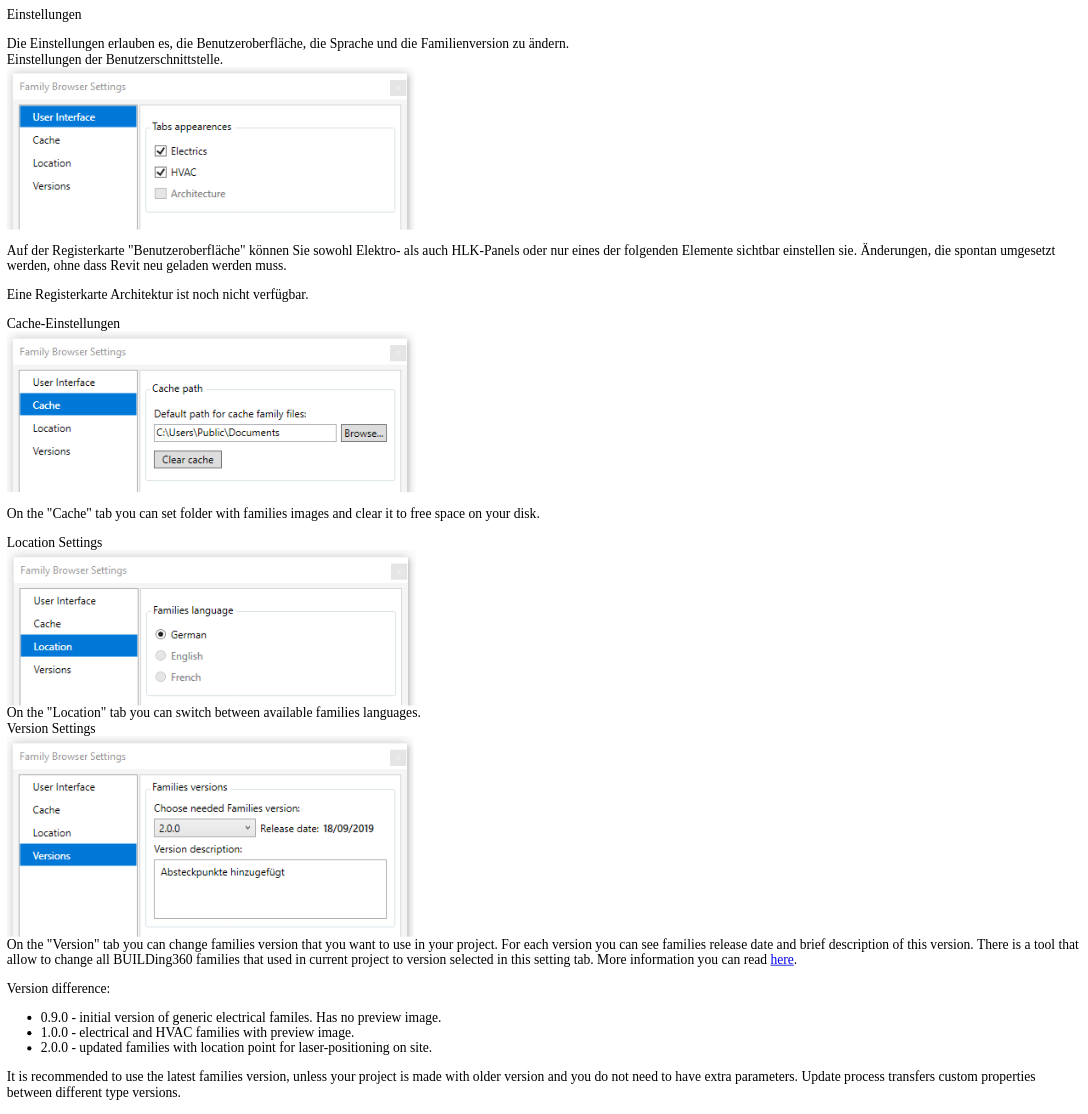
Repository: RomanLavrov/FamilyBrowserUserGuide
Page: http://localhost/FamilyBrowser/application/views/de/settings_view.php
These files come from the project's save history. The page is drawn as it stood at one moment and after the next save; the edit follows.
The browser window is 1280 px wide. The pictures show the whole page, at 85% of full size.
The page is run by PHP 8.4 with error messages shown; the project is at /var/www/html/.

Above is the page before, as saved 2019-10-24 16:02:07.

### FamilyBrowser/application/views/de/settings_view.php
<div class="article-header">Einstellungen</div>
<div class="article-content" style="margin-bottom:-15px;">
      <p>
            Die Einstellungen erlauben es, die Benutzeroberfläche, die Sprache und die Familienversion zu ändern.
      </p>
</div>

<div class="article-header">Einstellungen der Benutzerschnittstelle.</div>
<div class="article-content">
      <div class="row">
            <div class="col-md-5" style="min-width:480px">
                  <img style="margin-left:0" class="illustration" src="/FamilyBrowser/images/Tab_Settings_en.png"
                        alt="" />
            </div>

            <div class="col-md-5">
                  <p>Auf der Registerkarte "Benutzeroberfläche" können Sie sowohl Elektro- als auch HLK-Panels oder nur eines der folgenden Elemente sichtbar einstellen
                        sie.
                        Änderungen, die spontan umgesetzt werden, ohne dass Revit neu geladen werden muss. </p>
                  <p>Eine Registerkarte Architektur ist noch nicht verfügbar.</p>
            </div>
      </div>
</div>

<div class="article-header">Cache-Einstellungen</div>
<div class="article-content">
      <div class="row">
            <div class="col-md-5" style="min-width:480px">
                  <img style="margin-left:0" class="illustration" src="/FamilyBrowser/images/Tab_Cache_en.png" alt="" />
            </div>
            <div class="col-md-5">
                  <p>
                        On the "Cache" tab you can set folder with families images and clear it to free space on your
                        disk.
                  </p>
            </div>
      </div>
</div>

<div class="article-header">Location Settings</div>
<div class="article-content">
      <div class="row">
            <div class="col-md-5" style="min-width:480px">
                  <img style="margin-left:0" class="illustration" src="/FamilyBrowser/images/Tab_Language_en.png"
                        alt="" />
            </div>
            <div class="col-md-5">
                  On the "Location" tab you can switch between available families languages.
            </div>
      </div>
</div>

<div class="article-header">Version Settings</div>
<div class="article-content">
      <div class="row">
            <div class="col-md-5" style="min-width:480px">
                  <img style="margin-left:0" class="illustration" src="/FamilyBrowser/images/Tab_Version_en.png"
                        alt="" />
            </div>
            <div class="col-md-5">
                  On the "Version" tab you can change families version that you want to use in your project.
                  For each version you can see families release date and brief description of this version.
                  There is a tool that allow to change all BUILDing360 families that used in current project to version
                  selected in this setting tab. More information you can read <a
                        href="/FamilyBrowser/en/Update">here</a>.
                  <p>
                        Version difference:
                  </p>
                  <ul>
                        <li>0.9.0 - initial version of generic electrical familes. Has no preview image.</li>
                        <li>1.0.0 - electrical and HVAC families with preview image.</li>
                        <li>2.0.0 - updated families with location point for laser-positioning on site.</li>
                  </ul>
                  <p>
                        It is recommended to use the latest families version, unless your project is made with older
                        version and you do not need to have extra parameters. Update process transfers custom properties
                        between different type versions.
                  </p>
            </div>
      </div>
</div>

After the next save:
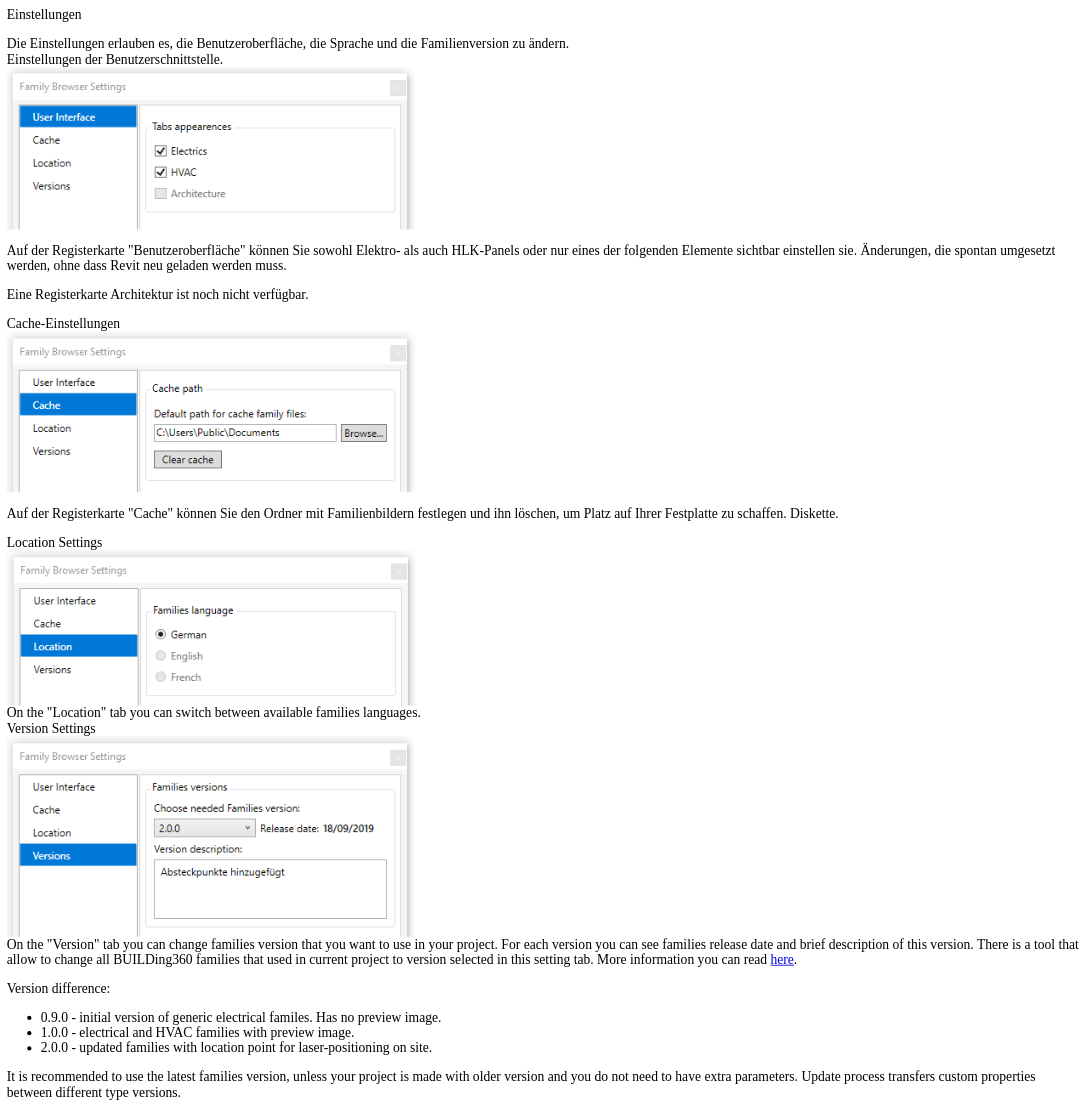
Saved 4 min 22 s later.
--- a/FamilyBrowser/application/views/de/settings_view.php
+++ b/FamilyBrowser/application/views/de/settings_view.php
@@ -30,8 +30,8 @@
             </div>
             <div class="col-md-5">
                   <p>
-                        On the "Cache" tab you can set folder with families images and clear it to free space on your
-                        disk.
+                  Auf der Registerkarte "Cache" können Sie den Ordner mit Familienbildern festlegen und ihn löschen, um Platz auf Ihrer Festplatte zu schaffen.
+                        Diskette.
                   </p>
             </div>
       </div>
